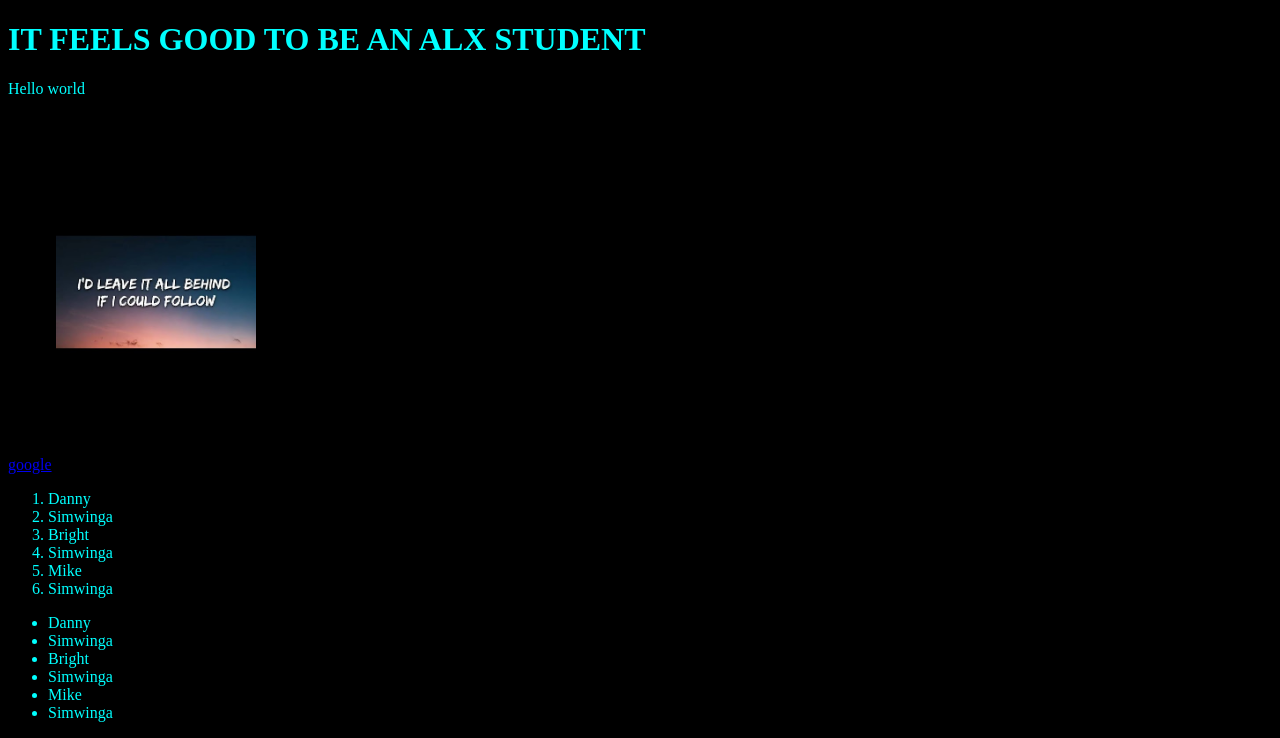
Repository: dannysimw/alx_tools_intro
Page: html/index.html
These files come from the project's save history. The page is drawn as it stood at one moment and after the next save; the edit follows.
The browser window is 1280 px wide. The pictures show the whole page.

Above is the page before, as saved 2023-07-01 21:58:17.

### html/index.html
<!DOCTYPE html>
<html lang="en">
<head>
    <meta charset="UTF-8">
    <meta name="viewport" content="width=device-width, initial-scale=1.0">
    <title>INTRO TO HTML</title>
</head>
<body style="color: aqua; background-color: rgb(0, 0, 0);">
    <h1>IT FEELS GOOD TO BE AN ALX STUDENT</h1>
    <p>Hello world</p>
    <a href="https://google.com">google</a>
    <img src="/html/image.jpg" alt="image" width="200px">
    <ol>
        <li>Danny</li>
        <li>Simwinga</li>
        <li>Bright</li>
        <li>Simwinga</li>
        <li>Mike</li>
        <li>Simwinga</li>
    </ol>
    <ul>
        <li>Danny</li>
        <li>Simwinga</li>
        <li>Bright</li>
        <li>Simwinga</li>
        <li>Mike</li>
        <li>Simwinga</li>
    </ul>
</body>
</html>

After the next save:
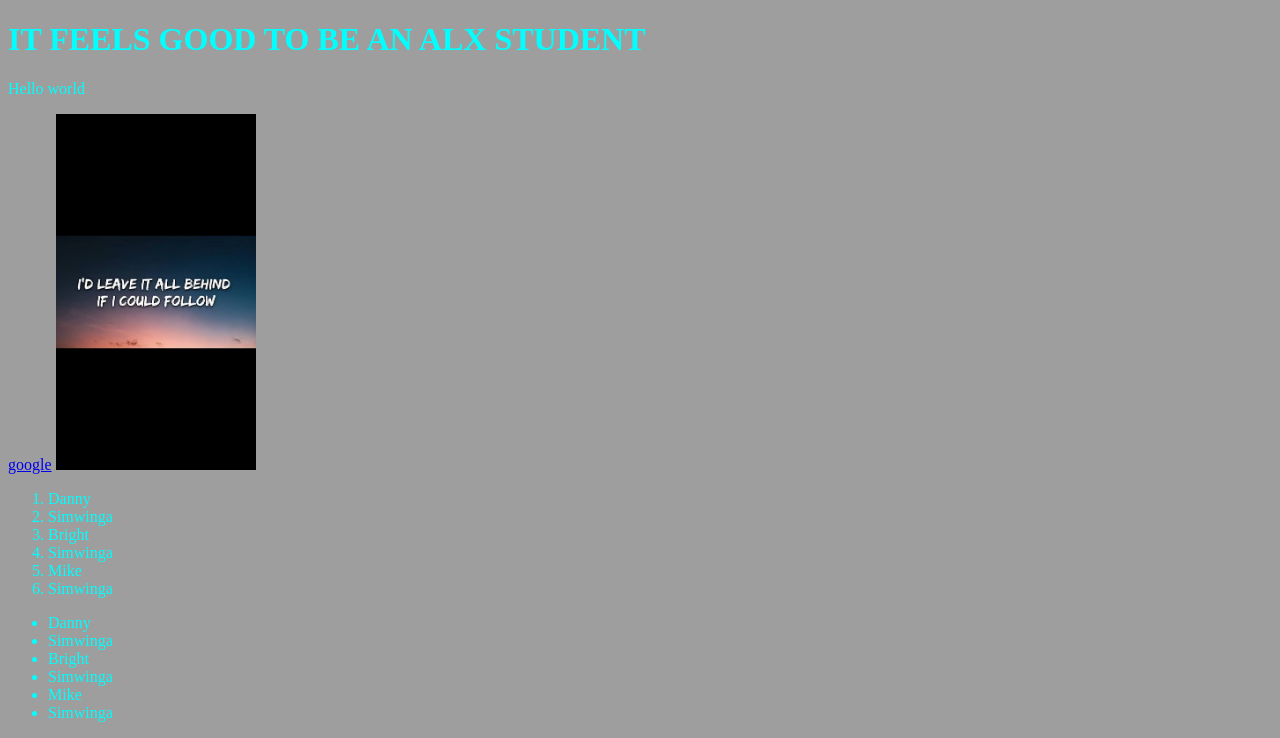
Saved 16 s later.
--- a/html/index.html
+++ b/html/index.html
@@ -5,7 +5,7 @@
     <meta name="viewport" content="width=device-width, initial-scale=1.0">
     <title>INTRO TO HTML</title>
 </head>
-<body style="color: aqua; background-color: rgb(0, 0, 0);">
+<body style="color: aqua; background-color: rgba(0, 0, 0, 0.381);">
     <h1>IT FEELS GOOD TO BE AN ALX STUDENT</h1>
     <p>Hello world</p>
     <a href="https://google.com">google</a>
